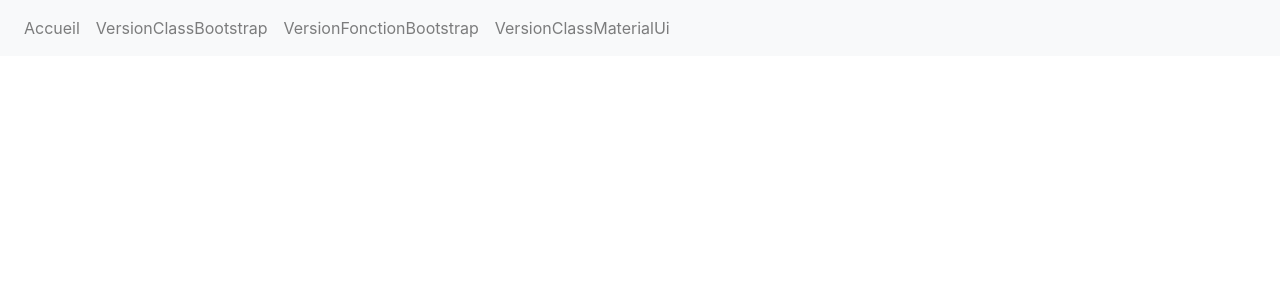
Repository: LudovicB21/CountryTest
Page: /VersionSansRedirection
An editor plug-in stored every save of this project. The page is shown before and after a run of saves, followed by the edit.
The browser window is 1280 px wide. The pictures show the whole page.
The page's requests for data from a server got no answer. The project was rebuilt for these pictures with package versions that can differ from the ones it lists, and the page was loaded fresh each time. No one was signed in, and anything a server would have sent is missing. Also part of the build but not shown: src/components/VersionClassBootstrap/ListPays.components.js, src/components/VersionClassMaterialUi/ListPays.components.js, src/components/VersionFonctionBoostrap/ListPays.components.js, src/components/Accueil.js, src/components/VersionClassBootstrap/InfoPays.components.js, src/components/VersionClassMaterialUi/InfoPays.components.js, src/components/VersionFonctionBoostrap/InfoPays.components.js.

Above is the page before, as saved 2020-10-29 11:39:57.

After the next 3 saves:
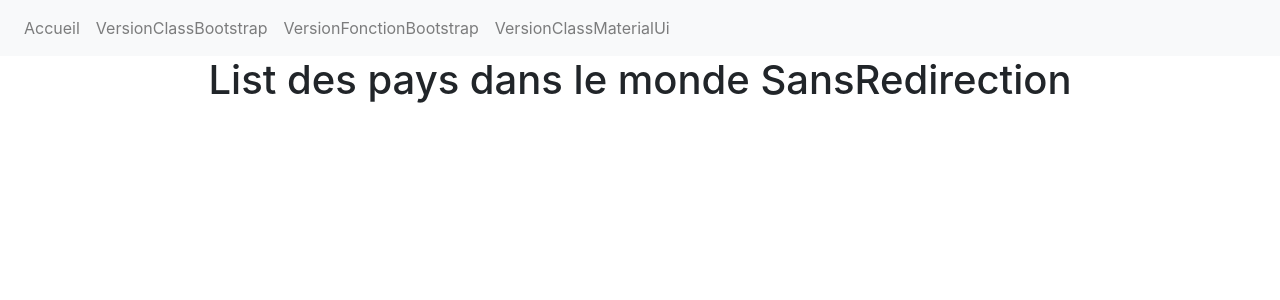
The 3 saves are shown as one change because 1 did not build or start and some came seconds apart.
The last was saved 44 s later.
--- a/src/App.js
+++ b/src/App.js
@@ -3,6 +3,7 @@ import './App.css';
 import ListPays from "./components/VersionClassBootstrap/ListPays.components"
 import ListPaysMaterial from "./components/VersionClassMaterialUi/ListPays.components"
 import ListPaysFonction from "./components/VersionFonctionBoostrap/ListPays.components"
+import ListPaysSansRedirection from "./components/VersionSansRedirection/ListPays.component"
 import Accueil from "./components/Accueil"
 import { BrowserRouter as Router, Route, Switch} from 'react-router-dom'
 import InfoPays from "./components/VersionClassBootstrap/InfoPays.components"
@@ -19,6 +20,7 @@ function App() {
             <Route path="/VersionClassBootstrap" exact component={ListPays} />
             <Route path="/VersionFonctionBoostrap" exact component={ListPaysFonction} />
             <Route path="/VersionClassMaterialUi" exact component={ListPaysMaterial} />
+            <Route path="/VersionSansRedirection" exact component={ListPaysSansRedirection} />
             <Route path="/VersionClassMaterialUi/:id" component={InfosPaysMaterial} />
             <Route path="/VersionClassBootstrap/:id"  component={InfoPays }/>
             <Route path="/VersionFonctionBoostrap/:id" component={InfoPaysFonction} />
